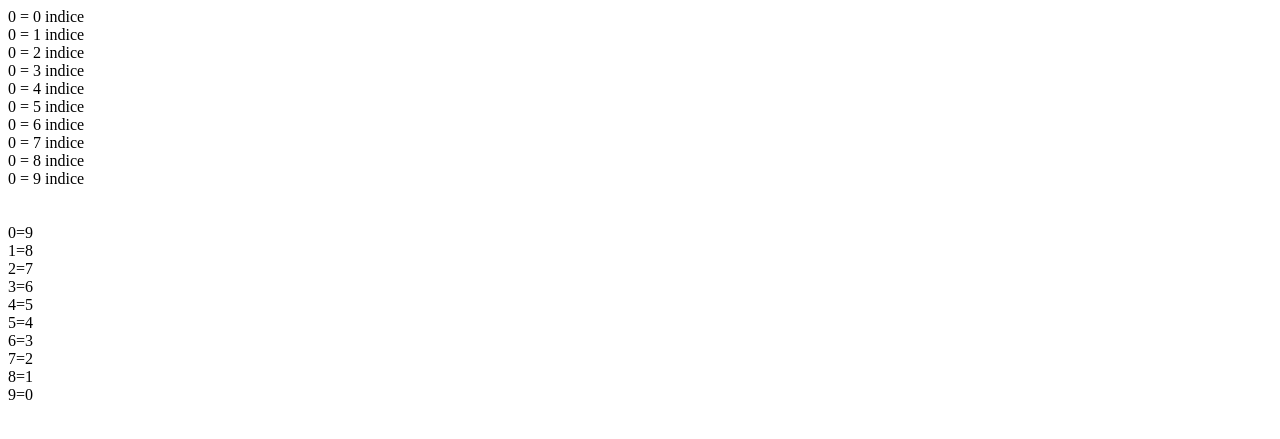
Repository: Sxcram02/1-daw
Page: http://localhost/ejercicios.php
The author's editor kept a copy of each file at every save. The page is drawn from the files as they stood at one save, then again after a run of saves.
The browser window is 1280 px wide. The pictures show the whole page.
The page is run by PHP 8.4 with error messages shown; the project is at /var/www/html/.

Above is the page before, as saved 2023-02-07 16:09:37.

### PROG/ejercicios.php
<?php
    for($i=0;$i<10;$i++){
        $array1[$i] = 0;
        echo $array1[$i]." = $i indice \n";
        echo "<br />";
    };

    // EJERCICIO 2
    echo "<br />";

    $num = 0;

    for($j=0;$j<10;$j++){
        $array2[$j] = $num;
        $num = $num + 1;
    };

    echo "<br />";

    $array2 = array_reverse($array2,false);
    foreach($array2 as $clave => $valor){
        echo "{$clave}={$valor}\n";
        echo "<br />";
    };
?>

After the next 2 saves:
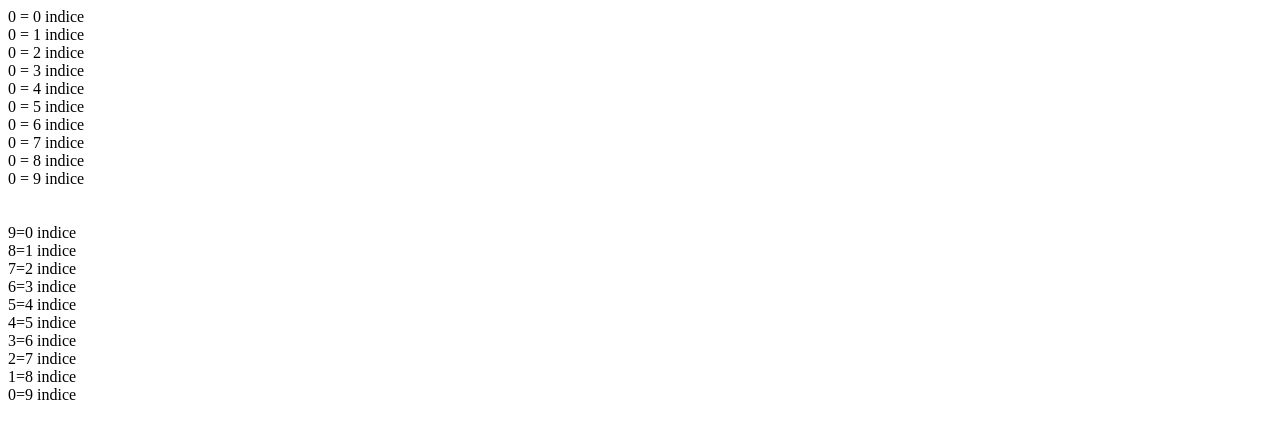
The 2 saves are shown as one change because they came seconds apart.
The last was saved 34 s later.
--- a/PROG/ejercicios.php
+++ b/PROG/ejercicios.php
@@ -19,7 +19,7 @@
 
     $array2 = array_reverse($array2,false);
     foreach($array2 as $clave => $valor){
-        echo "{$clave}={$valor}\n";
+        echo "{$valor}={$clave} indice \n";
         echo "<br />";
     };
 ?>
